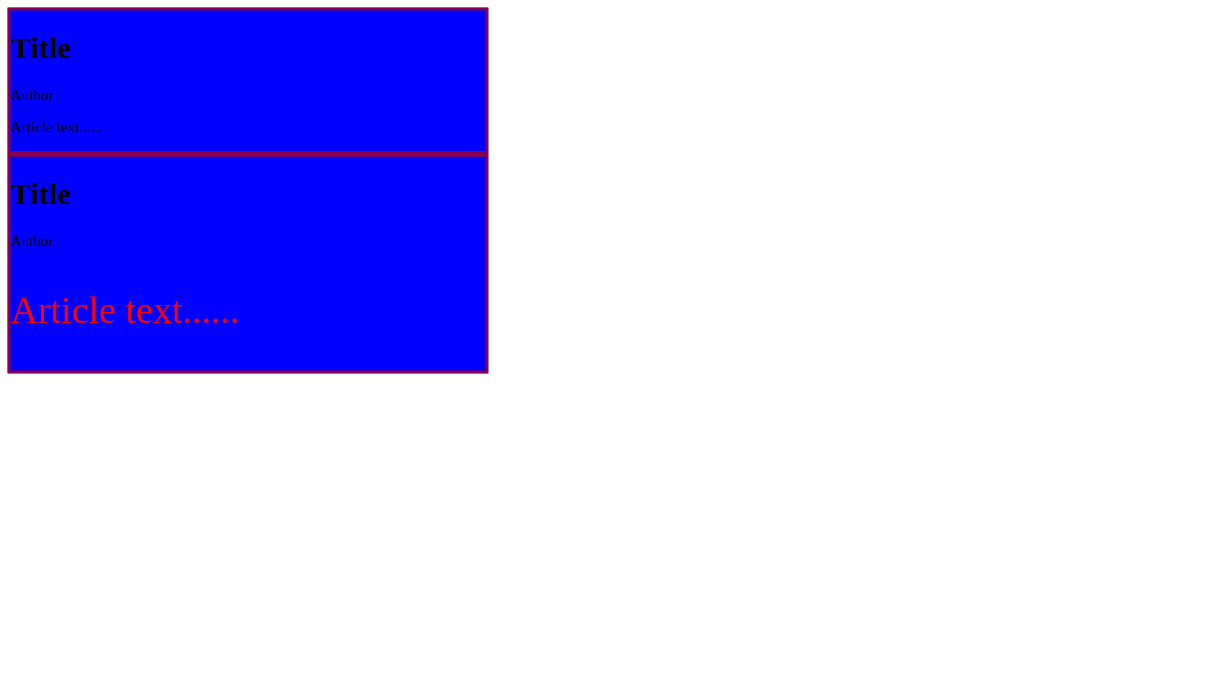
Repository: kimbalaya7/coding-managers
Page: index2.html
The author's editor kept a record of every edit. The page is drawn from the files as they stood at one moment, then again after the next edit.
The browser window is 1280 px wide. The pictures show the whole page, at 95% of full size.

Above is the page before.

After the next edit:
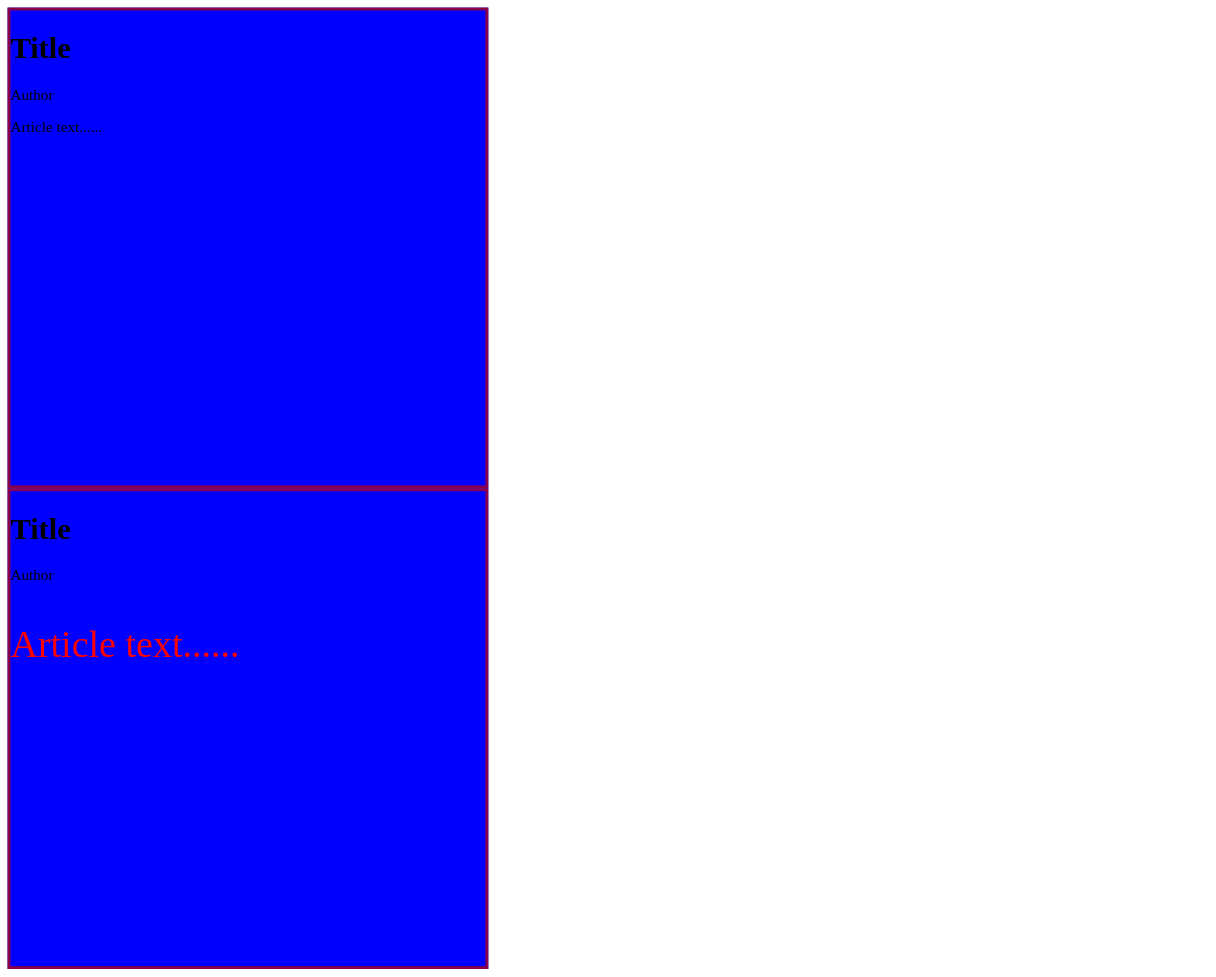
The edit:
--- a/styles.css
+++ b/styles.css
@@ -15,6 +15,7 @@
 
 div {
     width: 500px;
+    height: 500px;
     background-color: blue;
     border: 3px solid #8a004c;
 }
